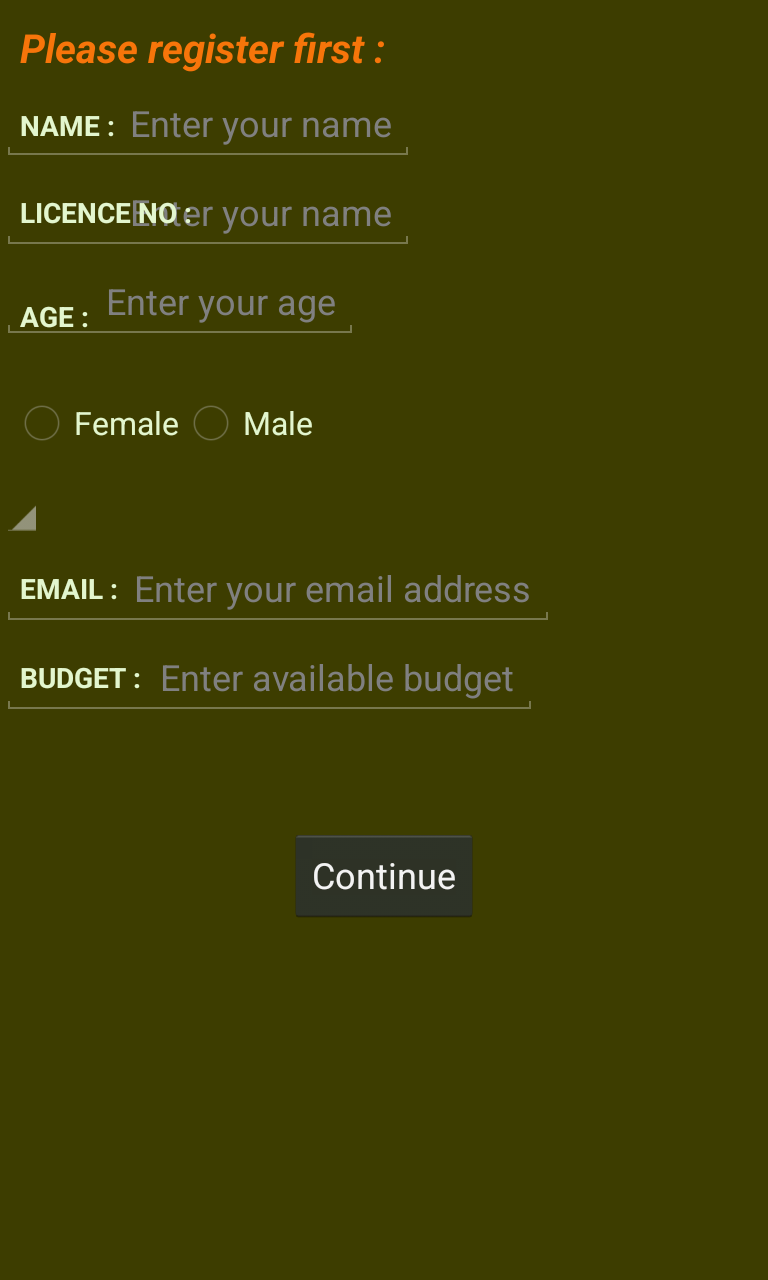
Repository: Adammdit/DT2283GUI
Layout: GunSmoke/res/layout/activity_details_form.xml
These files come from the project's save history. The layout is drawn as it stood at one moment and after the next save; the edit follows.
It is drawn on a 768 x 1280 px phone screen (xhdpi) without system bars, with theme android:Theme.Holo; the app's code is not run.

Above is the layout before, as saved 2014-11-09 16:19:28.

After the next save:
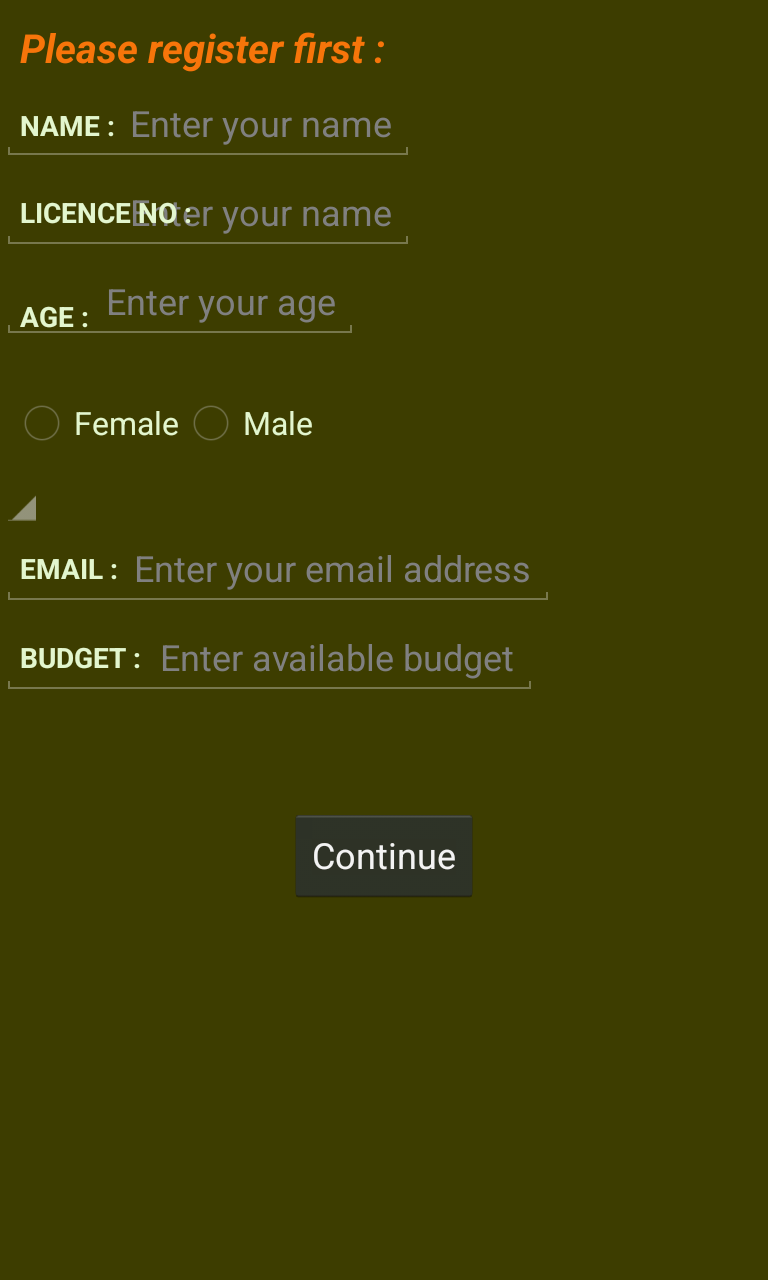
Saved 5 min 42 s later.
--- a/GunSmoke/res/layout/activity_details_form.xml
+++ b/GunSmoke/res/layout/activity_details_form.xml
@@ -13,7 +13,8 @@
     	<LinearLayout
     	    android:layout_width="fill_parent"
     	    android:layout_height="0dp"
-    	    android:orientation="vertical" >
+    	    android:orientation="vertical"
+    	    android:layout_marginBottom="5dp" >
 
     		<FrameLayout
 	    		android:id="@+id/name"
@@ -59,14 +60,12 @@
 	    		android:layout_marginBottom="5dp" >
 			    <EditText
 			        android:id="@+id/editLicence"
-			        android:layout_marginTop="0dp"
 				    android:layout_width="wrap_content"
 				    android:layout_height="wrap_content"
 				    android:paddingLeft="65dp"
 				    android:inputType="textPersonName"
 				    android:hint="@string/nameHint" />
 		    	<TextView
-		    	    android:layout_marginTop="0dp"
 			        android:layout_width="wrap_content"
 			        android:layout_height="wrap_content"
 			        android:layout_gravity="center_vertical"
@@ -83,7 +82,6 @@
 			    android:layout_marginBottom="5dp" >
 			    <EditText
 			        android:id="@+id/editAge"
-			        android:layout_marginTop="0dp"
 				    android:layout_width="wrap_content"
 				    android:layout_height="wrap_content"
 				    android:layout_marginBottom="15dp"
@@ -91,7 +89,6 @@
 				    android:inputType="number"
 				    android:hint="@string/ageHint" />
 			    <TextView
-			        android:layout_marginTop="0dp"
 			        android:layout_width="wrap_content"
 			        android:layout_height="wrap_content"
 			        android:layout_gravity="center_vertical"
@@ -105,7 +102,6 @@
 			    android:id="@+id/gender"
 			    android:layout_width="wrap_content"
 			    android:layout_height="wrap_content"
-			    android:layout_marginBottom="5dp"
 			    android:orientation="horizontal"
 			    android:padding="5dp" >
 			    <RadioButton
@@ -122,9 +118,7 @@
 			    android:id="@+id/jobSpinner"
 			    android:layout_width="wrap_content"
 			    android:layout_height="wrap_content"
-			    android:layout_marginBottom="5dp"
 			    android:textColor="#E3F6CE"
-			    android:text="Hello"
 			    android:hint="@string/nameHint" />
 
 			<FrameLayout
